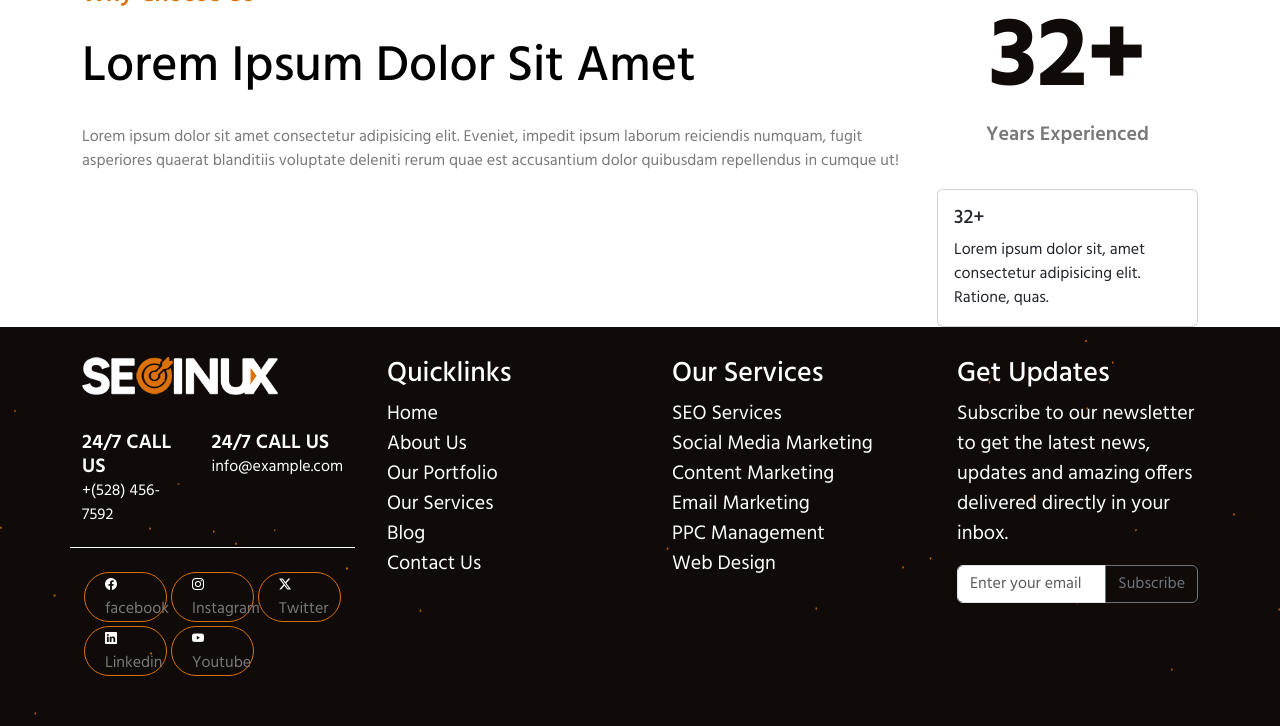
Repository: tagnam/seoinox
Page: about.html
These files come from the project's save history. The page is drawn as it stood at one moment and after the next save; the edit follows.
The browser window is 1280 px wide. The pictures show the part of the page from y = 3019 to 3769 px (the page is 3745 px tall before and 3769 px after).
A picture or video elsewhere on the page could not be fetched, so the positions and the page height are approximate. Backgrounds fixed to the window are drawn as part of the page.

Above is the page before, as saved 2025-02-26 11:11:08.

### about.html
<!DOCTYPE html>
<html lang="en">
<head>
    <meta charset="UTF-8">
    <meta name="viewport" content="width=device-width, initial-scale=1.0">
    <title>SEOINOX</title>
    <link href="https://cdn.jsdelivr.net/npm/bootstrap@5.3.3/dist/css/bootstrap.min.css" rel="stylesheet" integrity="sha384-QWTKZyjpPEjISv5WaRU9OFeRpok6YctnYmDr5pNlyT2bRjXh0JMhjY6hW+ALEwIH" crossorigin="anonymous">
    <link rel="stylesheet" href="style/css/style.css">
    <link rel="stylesheet" href="style/css/responsive.css">
    <link rel="stylesheet" href="style/css/animation.css">
</head>


<body>
  <header>
    <nav class="navbar navbar-expand-lg ">
        <div class="container-fluid">
          <a class="navbar-brand" href="#"><img src="images/main-logo-sec.png" width="100%" alt=""></a>
          <button class="navbar-toggler" type="button" data-bs-toggle="collapse" data-bs-target="#navbarSupportedContent" aria-controls="navbarSupportedContent" aria-expanded="false" aria-label="Toggle navigation">
            <span class="navbar-toggler-icon"></span>
          </button>
          <div class="collapse navbar-collapse custom-navbar-collapse" id="navbarSupportedContent">
            <ul class="navbar-nav custom-navbar-nav">
              <li class="nav-item">
                <a class="nav-link active" aria-current="page" href="/">Home</a>
              </li>
              <li class="nav-item">
                <a class="nav-link" href="about.html">About US</a>
              </li>
              <li class="nav-item">
                <a class="nav-link" href="portfolio.html">Our Portfolio</a>
              </li>
              <li class="nav-item">
                <a class="nav-link" href="service.html">Our Services</a>
              </li>
              <li class="nav-item">
                <a class="nav-link" href="blog.html">Blog</a>
              </li>
              <li class="nav-item">
                <a class="nav-link" href="contact.html">Contact Us</a>
              </li>
            </ul>
            <div class="d-flex" role="search">
                    <div class="menu-icon">
                        <div class="menu-icon-item"> </div>
                        <div class="menu-icon-item"></div>
                        <div class="menu-icon-item"></div>
                    </div>
            </div>
          </div>
        </div>
      </nav>
  </header>


<!--====================================== start hero section  ============================-->
 <section class="inner-page-hero-section">
    <div class="container">
        <div class="row">
                <div class="col-lg-12" style="z-index: 10;">
                    <div class="page-title">
                        <h2> About Us</h2>
                    </div>
                </div>
        </div>
    </div>
    <div class="overlay"></div>
 </section>

<!--====================================== end hero section  ============================-->

  <!--====================================== start about section  ============================-->
  <section class="about-section">
    <div class="container">
      <div class="row">
        <div class="col-lg-6" style="height: 800px;">
          <div class="about-img-container">
            <img src="images/about-image.png" alt="">
          </div>
        </div>
        <div class="col-lg-6">

          <div class="about-content-container">
            <div class="about-content">
              <h2 class="about-main-heading" style="text-align: start;">About Us</h2>
              <p class="about-sub-heading" style="text-align: start ; line-height: 80px;">Lorem ipsum dolor sit amet</p>
          </div>
          <p>At the core of our journey lies a commitment to driving growth fueled by a combination of expertise and passion. We believe growth is not just about numbers—it's about creating meaningful impact, fostering innovation, and building relationships that last. Our team brings a wealth of knowledge, experience, and dedication to every project.</p>
          <div class="about-card card">
            <div class="row g-4">
              <div class="col" style="background-color: #F7F7F7; border-radius: 15px;  ">
                <div class="card-body mission-vission">
                  <h5 class="card-title">Our Mission</h5>
                  <p class="card-text">Lorem ipsum dolor sit amet, consectetur adipiscing elit. </p>
                </div>
              </div>
              <div class="col" >
                <div class="card-body mission-vission">
                  <h5 class="card-title">Our Vision</h5>
                  <p class="card-text">Lorem ipsum dolor sit amet, consectetur adipiscing elit. </p>
                </div>
              </div>
            </div>
          </div>
        </div>
        </div>
      </div>
    </div>
  </section>

    <!--====================================== end about section  ============================-->
    <div class="clearfix"></div>


    <!--====================================== start choice  section  ============================-->

<section class="ab-page-choice-section">
<div class="container">
  <div class="row">
    <div class="col-lg-6" style="padding: 0px 50px;">
      <div class="about-content" >
        <h2 class="about-main-heading" style="text-align: start;">About Us</h2>
        <p class="about-sub-heading" style="text-align: start ; line-height: 80px; color: #fff;">Lorem ipsum dolor sit amet</p>
        <p style="text-align: start; color: #F7F7F7;">At the core of our journey lies a commitment to driving growth fueled by a combination of expertise and passion. We believe growth is not just about numbers—it's about creating meaningful impact, fostering innovation, and building relationships that last. Our team brings a wealth of knowledge, experience, and dedication to every project.</p>

    </div>
    </div>
    <div class="col-lg-6" style="padding: 0px 50px;">
      <div class="row row-cols-1 row-cols-md-2 g-4">
        <div class="col">
            <div class="card-body" style="color: #fff;">
              <h5 class="card-title choice-num">60<span>M</span></h5>
              <p class="card-text">Lorem ipsum dolor sit amet, consectetur adipiscing elit. </p>
          </div>
        </div>
        <div class="col">
          <div class="card-body" style="color: #fff;">
            <h5 class="card-title choice-num">80<span>%</span></h5>
            <p class="card-text">Lorem ipsum dolor sit amet, consectetur adipiscing elit. </p>
        </div>
        </div>
        <div class="col">
          <div class="card-body" style="color: #fff;">
            <h5 class="card-title choice-num">95<span>%</span> </h5>
            <p class="card-text">Lorem ipsum dolor sit amet, consectetur adipiscing elit. </p>
        </div>
        </div>
        <div class="col">
          <div class="card-body" style="color: #fff;">
            <h5 class="card-title choice-num">75<span>K</span> </h5>
            <p class="card-text">Lorem ipsum dolor sit amet, consectetur adipiscing elit. </p>
        </div>
        </div>
      </div>
    </div>
  </div>
</div>

</section>

        <!--====================================== end choice section  ============================-->

  <!--====================================== start choose section  ============================-->


  <section class="choose-section">
    <div class="container">
      <div class="row">
          <div class="col-lg-6 d-flex align-items-center">
              <div class="about-content">
                  <h2 class="about-main-heading" style="text-align: start;">Why Choose Us</h2>
                  <p class="about-sub-heading" style="text-align: start; font-size: 50px;">Lorem ipsum dolor sit amet</p>
                  <p  style="text-align: start;">Lorem ipsum dolor sit amet consectetur adipisicing elit. Eveniet, impedit ipsum laborum reiciendis numquam, fugit asperiores quaerat blanditiis voluptate deleniti rerum quae est accusantium dolor quibusdam repellendus in cumque ut!</p>

              </div>
          </div>
          <div class="col-lg-6">
            <div class="chooise-card-container">
              <div class="card chooise-card mb-5" >
                <div class="row g-0">
                  <div class="col-md-3">
                    <div class="choice-img-container">
                      <img src="images/step1.png" class="img-fluid" alt="...">
                    </div>
                  </div>
                  <div class="col-md-9">
                    <div class="card-body">
                      <h5 class="card-title choice-title">Card title</h5>
                      <p class="card-text">This is a wider card with supporting text below as a natural lead-in to additional content. This content is a little bit longer.</p>
                    </div>
                  </div>
                </div>
              </div>
              <div class="card chooise-card mb-5" >
                <div class="row g-0">
                  <div class="col-md-3">
                    <div class="choice-img-container">
                      <img src="images/step1.png" class="img-fluid" alt="...">
                    </div>
                  </div>
                  <div class="col-md-9">
                    <div class="card-body">
                      <h5 class="card-title choice-title">Card title</h5>
                      <p class="card-text">This is a wider card with supporting text below as a natural lead-in to additional content. This content is a little bit longer.</p>
                    </div>
                  </div>
                </div>
              </div>
              <div class="card chooise-card mb-5" >
                <div class="row g-0">
                  <div class="col-md-3">
                    <div class="choice-img-container">
                      <img src="images/step1.png" class="img-fluid" alt="...">
                    </div>
                  </div>
                  <div class="col-md-9">
                    <div class="card-body">
                      <h5 class="card-title choice-title">Card title</h5>
                      <p class="card-text">This is a wider card with supporting text below as a natural lead-in to additional content. This content is a little bit longer.</p>
                    </div>
                  </div>
                </div>
              </div>
              <div class="card chooise-card mb-5" >
                <div class="row g-0">
                  <div class="col-md-3">
                    <div class="choice-img-container">
                      <img src="images/step1.png" class="img-fluid" alt="...">
                    </div>
                  </div>
                  <div class="col-md-9">
                    <div class="card-body">
                      <h5 class="card-title choice-title">Card title</h5>
                      <p class="card-text">This is a wider card with supporting text below as a natural lead-in to additional content. This content is a little bit longer.</p>
                    </div>
                  </div>
                </div>
              </div>
            </div>
          </div>
      </div>
  </div>
</section>

  <!--====================================== end choose section  ============================-->
  <div class="clearfix"></div>

  <!--====================================== start team section  ============================-->

  <section>
    <div class="container">
      <div class="row">
        <div class="col-lg-9">
          <div class="about-content">
            <h2 class="about-main-heading" style="text-align: start;">Why Choose Us</h2>
            <p class="about-sub-heading" style="text-align: start; font-size: 50px;">Lorem ipsum dolor sit amet</p>
            <p  style="text-align: start;">Lorem ipsum dolor sit amet consectetur adipisicing elit. Eveniet, impedit ipsum laborum reiciendis numquam, fugit asperiores quaerat blanditiis voluptate deleniti rerum quae est accusantium dolor quibusdam repellendus in cumque ut!</p>

        </div>
        </div>
        <div class="col-lg-3">
          <div class="card-body">
            <h5 class="card-title exp-title">32+</h5>
            <p class="card-text " style="text-align: center; font-size: 20px; font-weight: 600;">Years Experienced</p>
          </div>
        </div>
      </div>
    </div>

    <div class="container">
      <div class="row">
        <div class="col-lg-9">

        </div>
        <div class="col-lg-3">
          <div class="card">
            <div class="card-body">
              <h5 class="card-title">32+</h5>
              <p class="card-text">Lorem ipsum dolor sit, amet consectetur adipisicing elit. Ratione, quas.</p>

            </div>
          </div>
        </div>
      </div>
    </div>
  </section>
  <!--====================================== end team section  ============================-->











<footer>
  <div class="container">
    <div class="row">
      <div class="col">
        <figure>
          <img src="images/main-logo.png" alt="" style="width: 75%;">
        </figure>
        <div class="row" style="padding: 20px 0px; border-bottom: 1px solid #fff;">
          <div class="col">
            <h4 class="footer-heading">24/7 CALL US</h4>
            <a href="" class="footer-link">+(528) 456-7592</a>
          </div>
          <div class="col">
            <h4 class="footer-heading">24/7 CALL US</h4>
            <a href="" class="footer-link">info@example.com</a>
          </div>
        </div>
        <div class="social-container row-cols-md-3  row g-1">
          <div class="col">
            <div class="social-icon"> <span><i class="bi bi-facebook"></i></span> facebook </div>
          </div>
          <div class="col">
            <div class="social-icon"> <span><i class="bi bi-instagram"></i></span> Instagram </div>
          </div>
          <div class="col">
            <div class="social-icon"> <span><i class="bi bi-twitter-x"></i></span> Twitter </div>
          </div>
          <div class="col">
            <div class="social-icon"> <span><i class="bi bi-linkedin"></i></span> Linkedin</div>
          </div>
          <div class="col">
            <div class="social-icon"> <span><i class="bi bi-youtube"></i></span> Youtube</div>
          </div>
        </div>
      </div>
      <div class="col">
          <div class="footer-content-heading">
              <h3><i class="ri-circle-fill"></i> Quicklinks</h3>
              <ul class="footer-list">
                <li><i class="ri-arrow-right-double-line"></i> <a class="footer-link" href="">Home</a></li>
                <li><i class="ri-arrow-right-double-line"></i> <a class="footer-link" href="">About Us</a></li>
                <li><i class="ri-arrow-right-double-line"></i> <a class="footer-link" href="">Our Portfolio</a></li>
                <li><i class="ri-arrow-right-double-line"></i> <a class="footer-link" href="">Our Services</a></li>
                <li><i class="ri-arrow-right-double-line"></i> <a class="footer-link" href="">Blog</a></li>
                <li><i class="ri-arrow-right-double-line"></i> <a class="footer-link" href="">Contact Us</a></li>
          </div>
      </div>
      <div class="col">
        <div class="footer-content-heading">
          <h3><i class="ri-circle-fill"></i> Our Services</h3>
            <ul class="footer-list">
              <li><i class="ri-arrow-right-double-line"></i> <a class="footer-link" href="">SEO Services</a></li>
              <li><i class="ri-arrow-right-double-line"></i> <a class="footer-link" href="">Social Media Marketing</a></li>
              <li><i class="ri-arrow-right-double-line"></i> <a class="footer-link" href="">Content Marketing</a></li>
              <li><i class="ri-arrow-right-double-line"></i> <a class="footer-link" href="">Email Marketing</a></li>
              <li><i class="ri-arrow-right-double-line"></i> <a class="footer-link" href="">PPC Management</a></li>
              <li><i class="ri-arrow-right-double-line"></i> <a class="footer-link" href="">Web Design</a></li>
            </ul>
      </div>
      </div>
      <div class="col">
        <div class="footer-content-heading">
          <h3><i class="ri-circle-fill"></i> Get Updates</h3>
          <p>Subscribe to our newsletter to get the latest news, updates and amazing offers delivered directly in your inbox.</p>
          <form action="">
            <div class="input-group mb-3">
              <input type="text" class="form-control" placeholder="Enter your email" aria-label="Recipient's username" aria-describedby="button-addon2">
              <button class="btn btn-outline-secondary" type="button" id="button-addon2">Subscribe</button>
            </div>
          </form>

      </div>
      </div>
    </div>
  </div>
</footer>
<script src="https://cdn.jsdelivr.net/npm/bootstrap@5.3.3/dist/js/bootstrap.bundle.min.js" integrity="sha384-YvpcrYf0tY3lHB60NNkmXc5s9fDVZLESaAA55NDzOxhy9GkcIdslK1eN7N6jIeHz" crossorigin="anonymous"></script>
<script src="https://unpkg.com/@studio-freight/lenis@1.0.42/dist/lenis.min.js"></script>

<script src="style/js/custom.js"></script>
</body>
</html>

Loaded but not shown: style/js/custom.js (12 lines, source omitted); style/css/style.css (603 lines, source omitted); style/css/responsive.css (no stored copy; drawn as an empty file); style/css/animation.css (no stored copy; drawn as an empty file)

After the next save:
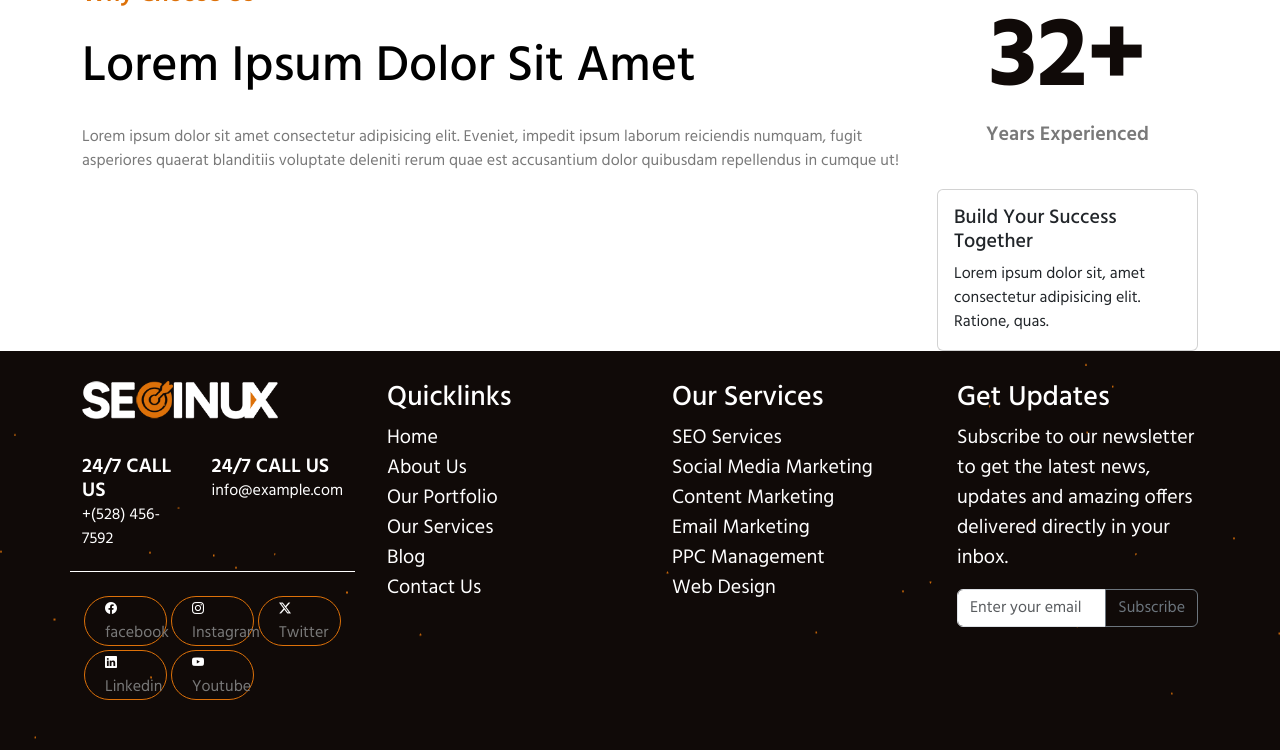
Saved 16 s later.
--- a/about.html
+++ b/about.html
@@ -275,7 +275,7 @@
         <div class="col-lg-3">
           <div class="card">
             <div class="card-body">
-              <h5 class="card-title">32+</h5>
+              <h5 class="card-title">Build Your Success Together</h5>
               <p class="card-text">Lorem ipsum dolor sit, amet consectetur adipisicing elit. Ratione, quas.</p>
 
             </div>
